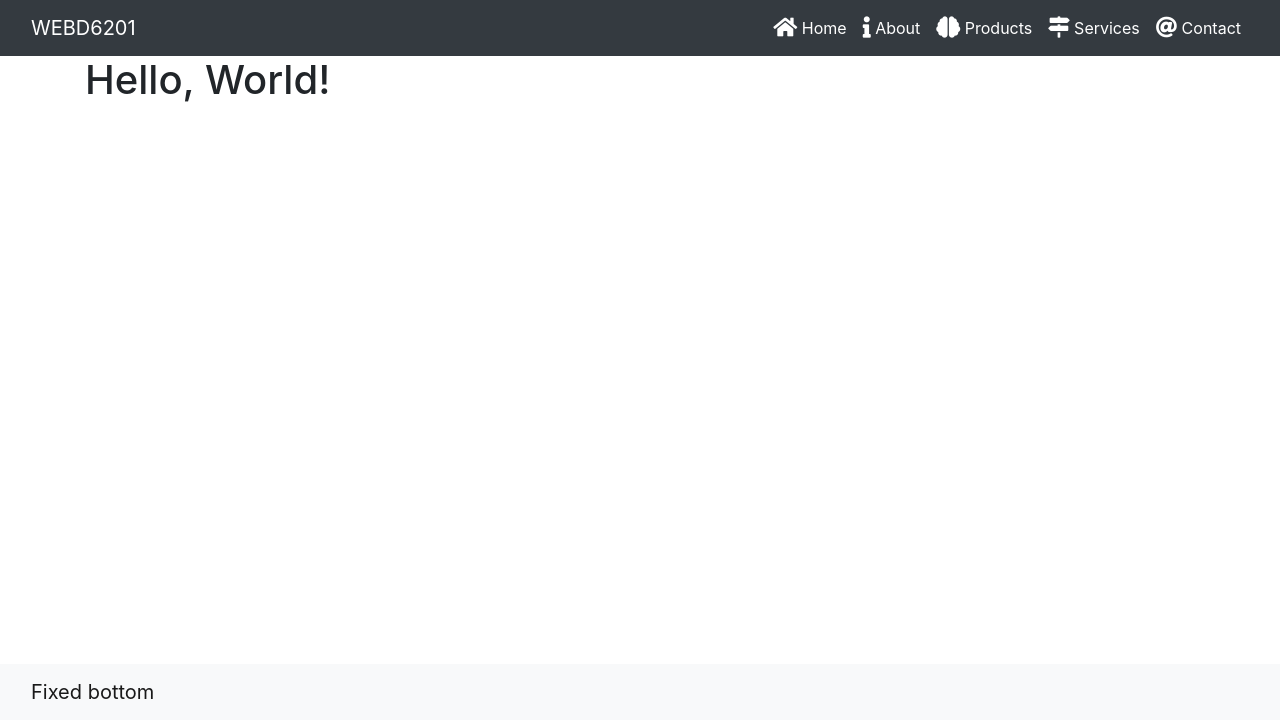
Repository: jaisydh07/WEBD6201-Week1
Page: index.html
These files come from the project's save history. The page is drawn as it stood at one moment and after the next save; the edit follows.
The browser window is 1280 px wide. The pictures show the whole page.

Above is the page before, as saved 2021-01-28 22:48:59.

After the next save:
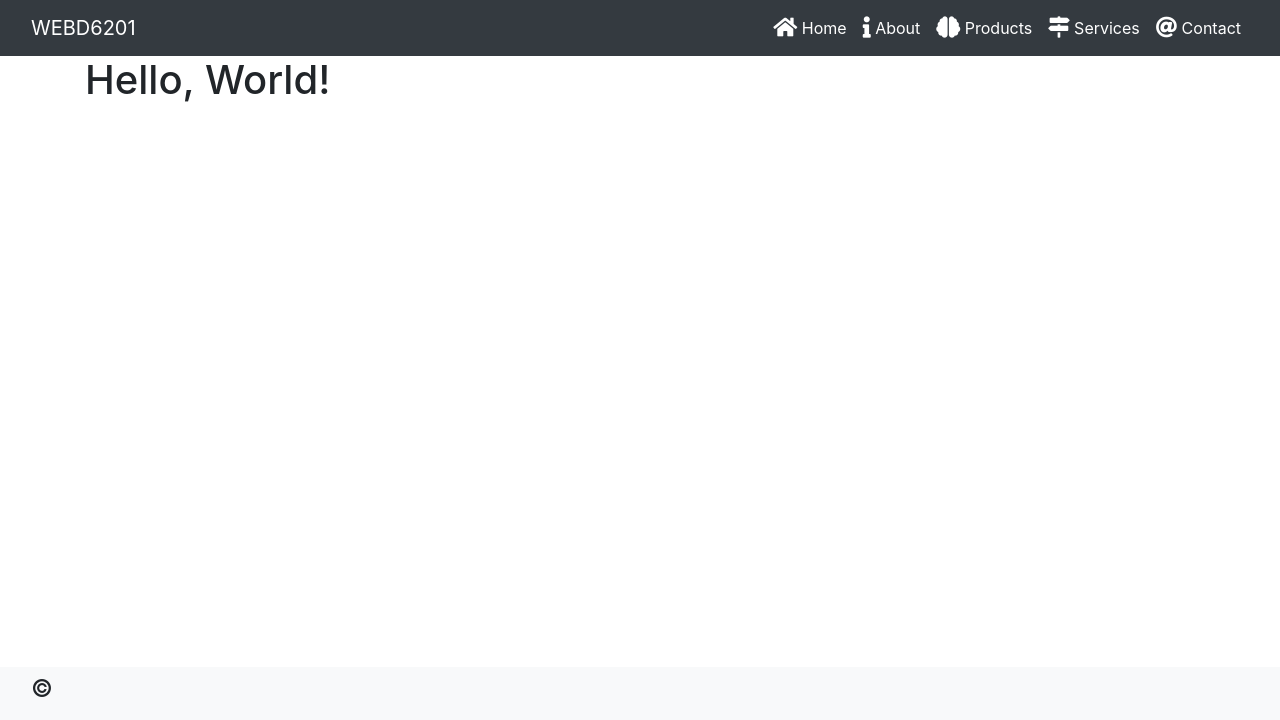
Saved 52 s later.
--- a/index.html
+++ b/index.html
@@ -60,7 +60,7 @@
     <footer>
         <nav class="navbar fixed-bottom navbar-light bg-light">
             <div class="container-fluid">
-              <a class="navbar-brand" href="#">Fixed bottom</a>
+              <h4>&copy;</h4>
             </div>
           </nav>
     </footer>
